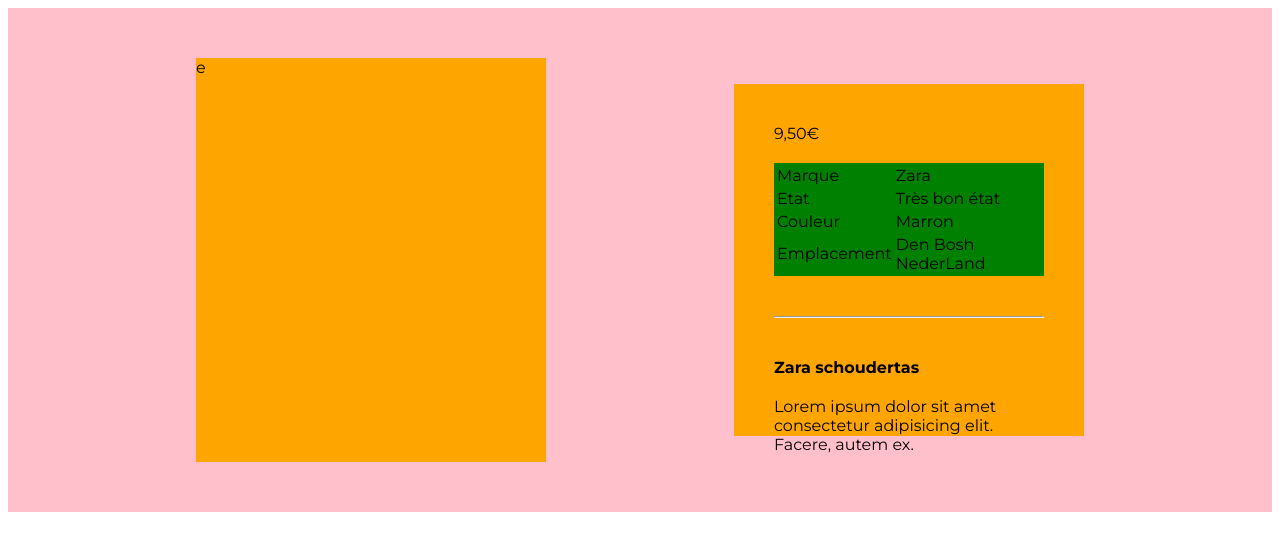
Repository: mel-in-a/vinted-front-clone
Page: html/offer.html
These files come from the project's save history. The page is drawn as it stood at one moment and after a run of saves; the edit follows.
The browser window is 1280 px wide. The pictures show the whole page.

Above is the page before, as saved 2021-07-29 16:42:05.

### html/offer.html
<!DOCTYPE html>
<html lang="en">
  <head>
    <meta charset="UTF-8" />
    <meta http-equiv="X-UA-Compatible" content="IE=edge" />
    <meta name="viewport" content="width=device-width, initial-scale=1.0" />
    <link rel="preconnect" href="https://fonts.googleapis.com" />
    <link rel="preconnect" href="https://fonts.gstatic.com" crossorigin />
    <link
      href="https://fonts.googleapis.com/css2?family=Montserrat:wght@100;200;300;400;500;600;700;800;900&display=swap"
      rel="stylesheet"
    />
    <link rel="stylesheet" href="/offer.css" />
    <title>Document</title>
  </head>
  <body>
    <div class="offer">
      <div class="left">e</div>
      <div class="right">
        <div class="price">9,50€</div>
        <div class="horizontal">
          <table>
            <tr>
              <td>Marque</td>
              <td>Zara</td>
            </tr>
            <tr>
              <td>Etat</td>
              <td>Très bon état</td>
            </tr>
            <tr>
              <td>Couleur</td>
              <td>Marron</td>
            </tr>
            <tr>
              <td>Emplacement</td>
              <td>Den Bosh NederLand</td>
            </tr>
          </table>
        </div>
        <hr />
        <div class="editor">Zara schoudertas</div>
        <div class="description">Lorem ipsum dolor sit amet consectetur adipisicing elit. Facere, autem ex.</div>

      </div>
    </div>
  </body>
</html>

### html/offer.css
* {
  font-family: "Montserrat", sans-serif;
}
.offer {
  width: 100%;
  display: flex;
  background-color: pink;
  height: 70vh;
  justify-content: space-evenly;
  align-items: center;
  flex-shrink: 0;
}

.offer .left,
.offer .right {
  width: 350px;
  background-color: orange;

}
.offer .left {
    height: 80%;
}
.offer .right {
    height: 70%;
  padding: 40px;
  box-sizing: border-box;
}

.offer .horizontal {
  margin-top: 20px;
  background-color: green;
}

.offer .horizontal table {
  width: 100%;
}

.offer hr {
  margin: 40px 0;
}

.offer .editor {
    font-weight: 700;
    margin-bottom: 20px
}

After the next 2 saves:
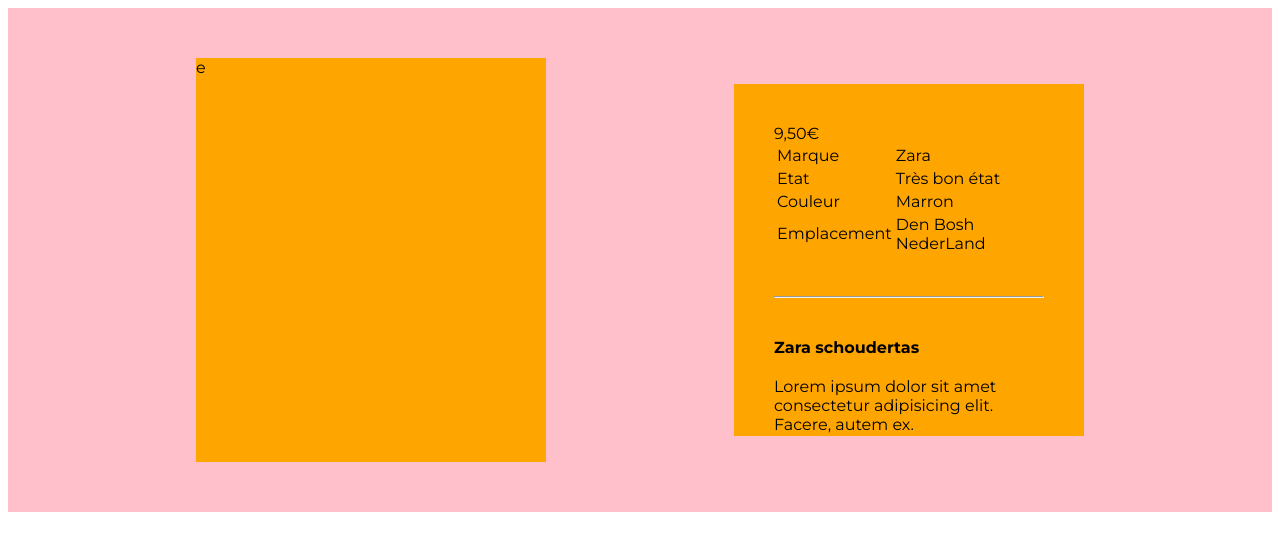
The 2 saves are shown as one change because they came seconds apart.
The last was saved 20 s later.
--- a/html/offer.html
+++ b/html/offer.html
@@ -18,7 +18,7 @@
       <div class="left">e</div>
       <div class="right">
         <div class="price">9,50€</div>
-        <div class="horizontal">
+
           <table>
             <tr>
               <td>Marque</td>
@@ -37,7 +37,7 @@
               <td>Den Bosh NederLand</td>
             </tr>
           </table>
-        </div>
+
         <hr />
         <div class="editor">Zara schoudertas</div>
         <div class="description">Lorem ipsum dolor sit amet consectetur adipisicing elit. Facere, autem ex.</div>
